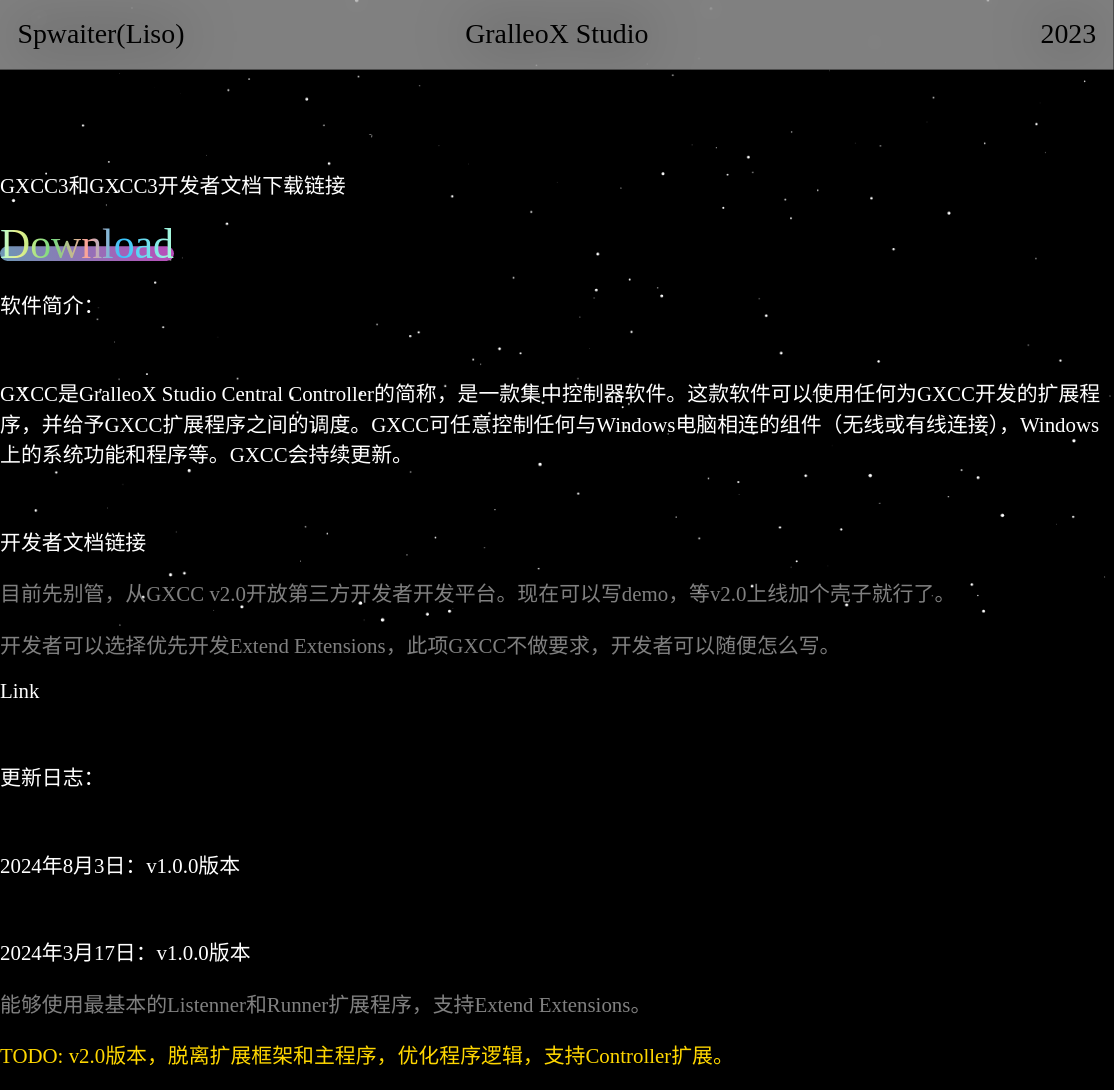
Repository: Lisu-Liso/page
Page: GXCC/index.html
The author's editor kept a copy of each file at every save. The page is drawn from the files as they stood at one save, then again after the next save.
The browser window is 1280 px wide. The pictures show the whole page, at 87% of full size.

Above is the page before, as saved 2024-08-04 08:50:10.

### GXCC/index.html
<!DOCTYPE html>
<html lang="zh">
    <head>
        <meta http-equiv="Content-Type" content="text/html;charset=utf-8">
        <title>GXCC - GralleoX Studio</title>
        <link rel="stylesheet" type="text/css" href="./header.css">
        <link rel="stylesheet" type="text/css" href="./orientation.css">
        <link rel="shortcut icon" href="./GralleoX logo v2 web.ico">
        <style>
            body{
                overflow        : scroll;
                background-color: black;
                top             : 0;
                bottom          : 0;
                left            : 0;
                right           : 0;
                margin-top      : 100px;
                margin-bottom   : 0;
                margin-left     : 0;
                margin-right    : 0;
                user-select     : none;
            }
            ::-webkit-scrollbar{display: none;}
            .getin_screen{
                position        : fixed;
                top             : 0;
                bottom          : 0;
                left            : 0;
                right           : 0;
                background-color: rgba(0,0,0,0);
                color           : rgba(0,0,0,0);
                animation       : getinanimation 4s ease-in-out;
                text-align      : center;
                display         : table-cell;
            }
            @keyframes getinanimation{
                0% {
                    background-color       : rgba(255,255,255,1);
                    color                  : black;
                    backdrop-filter        : blur(15px);
                    -webkit-backdrop-filter: blur(15px);
                }
                40% {
                    background-color       : rgba(255,255,255,0.5);
                    color                  : black;
                    backdrop-filter        : blur(15px);
                    -webkit-backdrop-filter: blur(15px);
                }
                70% {
                    background-color       : rgba(255,255,255,0.5);
                    color                  : black;
                    backdrop-filter        : blur(15px);
                    -webkit-backdrop-filter: blur(15px);
                }
                100% {
                    background-color       : rgba(0,0,0,0);
                    color                  : rgba(0,0,0,0);
                    backdrop-filter        : blur(0px);
                    -webkit-backdrop-filter: blur(0px);
                }
            }
            .download_block{
                position               : fixed;
                top                    : 100px;
                left                   : 100px;
                right                  : 100px;
                bottom                 : 100px;
                margin-top             : 10px;
                margin-left            : 10px;
                margin-right           : 10px;
                margin-bottom          : 10px;
                background-color       : rgba(255,255,255,0.5);
                backdrop-filter        : blur(15px);
                -webkit-backdrop-filter: blur(15px);
                border-radius          : 100px;
                box-shadow             : 0 20px 50px rgba(0,0,0,0.2);
            }
            @keyframes blockout{
                0% {
                    background-color       : rgba(255,255,255,0);
                    backdrop-filter        : blur(0px);
                    -webkit-backdrop-filter: blur(0px);
                    box-shadow             : 0 20px 50px rgba(0,0,0,0);
                    opacity                : 0;
                }
                100% {
                    background-color       : rgba(255,255,255,0.5);
                    backdrop-filter        : blur(15px);
                    -webkit-backdrop-filter: blur(15px);
                    box-shadow             : 0 20px 50px rgba(0,0,0,0.2);
                    opacity                : 1;
                }
            }
            @keyframes blockquite{
                0% {
                    background-color       : rgba(255,255,255,0.5);
                    backdrop-filter        : blur(15px);
                    -webkit-backdrop-filter: blur(15px);
                    box-shadow             : 0 20px 50px rgba(0,0,0,0.2);
                    opacity                : 1;
                }
                100% {
                    background-color       : rgba(255,255,255,0);
                    backdrop-filter        : blur(0px);
                    -webkit-backdrop-filter: blur(0px);
                    box-shadow             : 0 20px 50px rgba(0,0,0,0);
                    opacity                : 0;
                }
            }
            .header-float{
                position: fixed;
                top     : 0;
                left    : 0;
                right   : 0;
                width   : 100%;
            }
            .black_board{
                position               : fixed;
                top                    : 80px;
                left                   : 0;
                right                  : 0;
                bottom                 : 0;
                margin-top             : 0;
                margin-left            : 0;
                margin-right           : 0;
                margin-bottom          : 0;
                backdrop-filter        : blur(15px);
                -webkit-backdrop-filter: blur(15px);
                background-color       : rgba(0,0,0,0.3);
            }
            @keyframes boardout{
                0% {
                    backdrop-filter        : blur(0px);
                    -webkit-backdrop-filter: blur(0px);
                    background-color       : rgba(0,0,0,0);
                }
                100% {
                    backdrop-filter        : blur(15px);
                    -webkit-backdrop-filter: blur(15px);
                    background-color       : rgba(0,0,0,0.3);
                }
            }
            @keyframes boardquite{
                0% {
                    backdrop-filter        : blur(15px);
                    -webkit-backdrop-filter: blur(15px);
                    background-color       : rgba(0,0,0,0.3);
                }
                100% {
                    backdrop-filter        : blur(0px);
                    -webkit-backdrop-filter: blur(0px);
                    background-color       : rgba(0,0,0,0);
                }
            }
            .newbutton{
                background   : linear-gradient(75deg,rgba(145, 202, 240, 0.75),rgba(248, 102, 248, 0.75));
                border-radius: 20px;
                text-align   : center;
                cursor       : pointer;
            }
            :root {
                --rainbow-gradient: linear-gradient(-90deg,#adfbda 0,#35c3ff 30%,#fda399 50%,#76d880 70%,#ebf38b 90%,#adfbda 100%);
            }
            .article-header--title {
                background-image       : var(--rainbow-gradient,#fff);
                background-size        : 100%;
                background-repeat      : repeat;
                background-clip        : text;
                -webkit-background-clip: text;
                -webkit-text-fill-color: transparent;
                -moz-background-clip   : text;
                -moz-text-fill-color   : transparent;
                filter                 : drop-shadow(0 0 2rpx #000);
                text-shadow            : none!important;
                cursor                 : pointer;
            }
            a{
                text-decoration: none;
            }
            font{
                cursor : default;
            }
            .backgroundimage{
                position: fixed;
                top     : 0;
                left    : 0;
                right   : 0;
                width   : 100%;
                height  : 100%;
                z-index: -1;
            }
            .normaltext{
                font-size: 18pt;
                color:white;
            }
        </style>
    </head>
    <body>
        <canvas id="bgCanvas" class="backgroundimage"></canvas>
        <script>
            // 获取画布
            var canvas = document.getElementById('bgCanvas');
            var ctx = canvas.getContext('2d');

            // 设置画布尺寸与窗口大小一致
            canvas.width = window.innerWidth;
            canvas.height = window.innerHeight;

            // 创建一个数组用于存储星星的信息
            var stars = [];

            // 创建星星对象
            function Star(x, y, radius, color, speed) {
                this.x = x;
                this.y = y;
                this.radius = radius;
                this.color = color;
                this.speed = speed;
            }

            // 初始化星星
            function init() {
                for (var i = 0; i < 200; i++) {
                    var x = Math.random() * canvas.width;
                    var y = Math.random() * canvas.height;
                    var radius = Math.random() * 2;
                    var color = 'white';
                    var speed = Math.random() * 0.5;

                    stars.push(new Star(x, y, radius, color, speed));
                }
            }

            // 绘制星星
            function drawStars() {
                ctx.clearRect(0, 0, canvas.width, canvas.height);

                for (var i = 0; i < stars.length; i++) {
                    var star = stars[i];

                    ctx.beginPath();
                    ctx.arc(star.x, star.y, star.radius, 0, Math.PI * 2);
                    ctx.fillStyle = star.color;
                    ctx.fill();
                }
            }

            // 更新星星位置
            function updateStars() {
                for (var i = 0; i < stars.length; i++) {
                    var star = stars[i];

                    star.x += star.speed;

                    if (star.x > canvas.width) {
                        star.x = 0;
                    }
                }
            }

            // 动画循环
            function animate() {
                requestAnimationFrame(animate);

                drawStars();
                updateStars();
            }

            // 初始化并启动动画
            init();
            animate();
        </script>
        <div style="text-align:center;top:0;left:0;right:0;"><font size="7">这里是GXCC中文官网！</font></div>
        <p class="normaltext">GXCC3和GXCC3开发者文档下载链接</p>
        <a class="newbutton" onclick="join_us()"><font class="article-header--title" size="7">Download</font></a>
        <div class="black_board" id="bb"></div>
        <div class="download_block" id="download_block">
            <div style="text-align: center">
                <a class="newbutton" onclick="close_download_block()"><font class="article-header--title" size="7">点击关闭此框</font></a>
            </div>
            <div style="margin-left: 1cm;">
                <font size="7" color="black">这里是下载链接（最新版本）</font>
                <br>
                <font size="7" color="grey">历史版本</font>
                <font size="7" color="red">暂时</font>
                <font size="7" color="grey">不支持下载</font>
                <br>
                <font class="normaltext" color="red">如果杀毒软件报告有病毒请忽略，此软件已经经过Microsoft Defender检测，360纯属误报。</font>
                <br>
                <a class="normaltext" href="https://github.com/Lisu-Liso/GXCC/releases/tag/GXCC3">Link</a>
            </div>
        </div>
        <br>
        <p class="normaltext">软件简介：</p>
        <br>
        <p class="normaltext">GXCC是GralleoX Studio Central Controller的简称，是一款集中控制器软件。这款软件可以使用任何为GXCC开发的扩展程序，并给予GXCC扩展程序之间的调度。GXCC可任意控制任何与Windows电脑相连的组件（无线或有线连接），Windows上的系统功能和程序等。GXCC会持续更新。</p>
        <br>
        <p class="normaltext">开发者文档链接</p>
        <p class="normaltext" style="color: gray;">目前先别管，从GXCC v2.0开放第三方开发者开发平台。现在可以写demo，等v2.0上线加个壳子就行了。</p>
        <p class="normaltext" style="color: gray;">开发者可以选择优先开发Extend Extensions，此项GXCC不做要求，开发者可以随便怎么写。</p>
        <a href="./GXCC_devloper_document.html" target="_blank"><p class="normaltext">Link</p></a>
        <br>
        <p class="normaltext">更新日志：</p>
        <br>
        <p class="normaltext">2024年8月3日：v1.0.0版本</p>
        <br>
        <p class="normaltext">2024年3月17日：v1.0.0版本</p>
        <p class="normaltext" style="color: grey;">能够使用最基本的Listenner和Runner扩展程序，支持Extend Extensions。</p>
        <p class="normaltext" style="color: gold;">TODO: v2.0版本，脱离扩展框架和主程序，优化程序逻辑，支持Controller扩展。</p>
        <div class="headerblock">
            <div class="centertext"><font size="6">GralleoX Studio</font></div>
            <div class="lefttext"><font size="6">Spwaiter(Liso)</font></div>
            <div class="righttext"><font size="6">2023</font></div>
        </div>
        <div class="getin_screen" id="getin">
            <font size="7" id="getintext">网站正在加载，请稍后...</font>
        </div>
    </body>
    <script type="text/javascript">
        let t = document.getElementById("download_block");
        t.style.display = "none";

        t = document.getElementById("bb");
        t.style.display = "none";
    </script>
    <script type="text/javascript">
        setTimeout(function(){
            let t = document.getElementById("getintext");
            t.innerHTML = "网站加载完毕，即将进入网站。";
            setTimeout(function(){
                let t = document.getElementById("getin");
                t.style.display = "none";
            },2000);
        },2000);
        function join_us(){
            let t = document.getElementById("download_block");
            t.style.display = "block";
            t.style.animation = "blockout 0.5s ease-in-out";

            t = document.getElementById("bb");
            t.style.display = "block";
            t.style.animation = "boardout 0.5s ease-in-out";
        }
        function close_download_block(){
            let t = document.getElementById("download_block");
            t.style.animation = "blockquite 0.5s ease-in-out";

            t = document.getElementById("bb");
            t.style.animation = "boardquite 0.5s ease-in-out";
            setTimeout(function(){
                let t = document.getElementById("download_block");
                t.style.display = "none";

                t = document.getElementById("bb");
                t.style.display = "none";
            },500);
        }
    </script>
</html>

### GXCC/header.css
.headerblock{
    position               : fixed;
    top                    : 0px;
    left                   : 0px;
    right                  : 0px;
    margin-top             : 0px;
    margin-left            : 0px;
    margin-right           : 0px;
    width                  : 100%;
    height                 : 80px;
    background-color       : rgba(255,255,255,0.5);
    backdrop-filter        : blur(10px);
    -webkit-backdrop-filter: blur(10px);
    box-shadow             : 0 20px 50px rgba(0,0,0,0.2);
    align-items            : center;
}
.centertext{
    position    : fixed;
    top         : 0;
    left        : 0;
    right       : 0;
    margin-top  : 20px;
    margin-left : 20px;
    margin-right: 20px;
    text-align  : center;
    filter      : drop-shadow(0 0 2rem #000);
    text-shadow : none!important;
    color       : black;
}
.lefttext{
    position    : fixed;
    top         : 0;
    left        : 0;
    right       : 0;
    margin-top  : 20px;
    margin-left : 20px;
    margin-right: 20px;
    text-align  : left;
    filter      : drop-shadow(0 0 2rem #000);
    text-shadow : none!important;
    color       : black;
}
.righttext{
    position    : fixed;
    top         : 0;
    left        : 0;
    right       : 0;
    margin-top  : 20px;
    margin-left : 20px;
    margin-right: 20px;
    text-align  : right;
    filter      : drop-shadow(0 0 2rem #000);
    text-shadow : none!important;
    color       : black;
}

### orientation.css
i{
    border: solid black;
    border-width: 0 3px 3px 0;
    display: inline-block;
    padding: 3px;
}
.right{
    transform: rotate(-45deg);
    -webkit-transform: rotate(-45deg);
}

.left{
    transform: rotate(135deg);
    -webkit-transform: rotate(135deg);
}

.up{
    transform: rotate(-135deg);
    -webkit-transform: rotate(-135deg);
}

.down{
    transform: rotate(45deg);
    -webkit-transform: rotate(45deg);
}

After the next save:
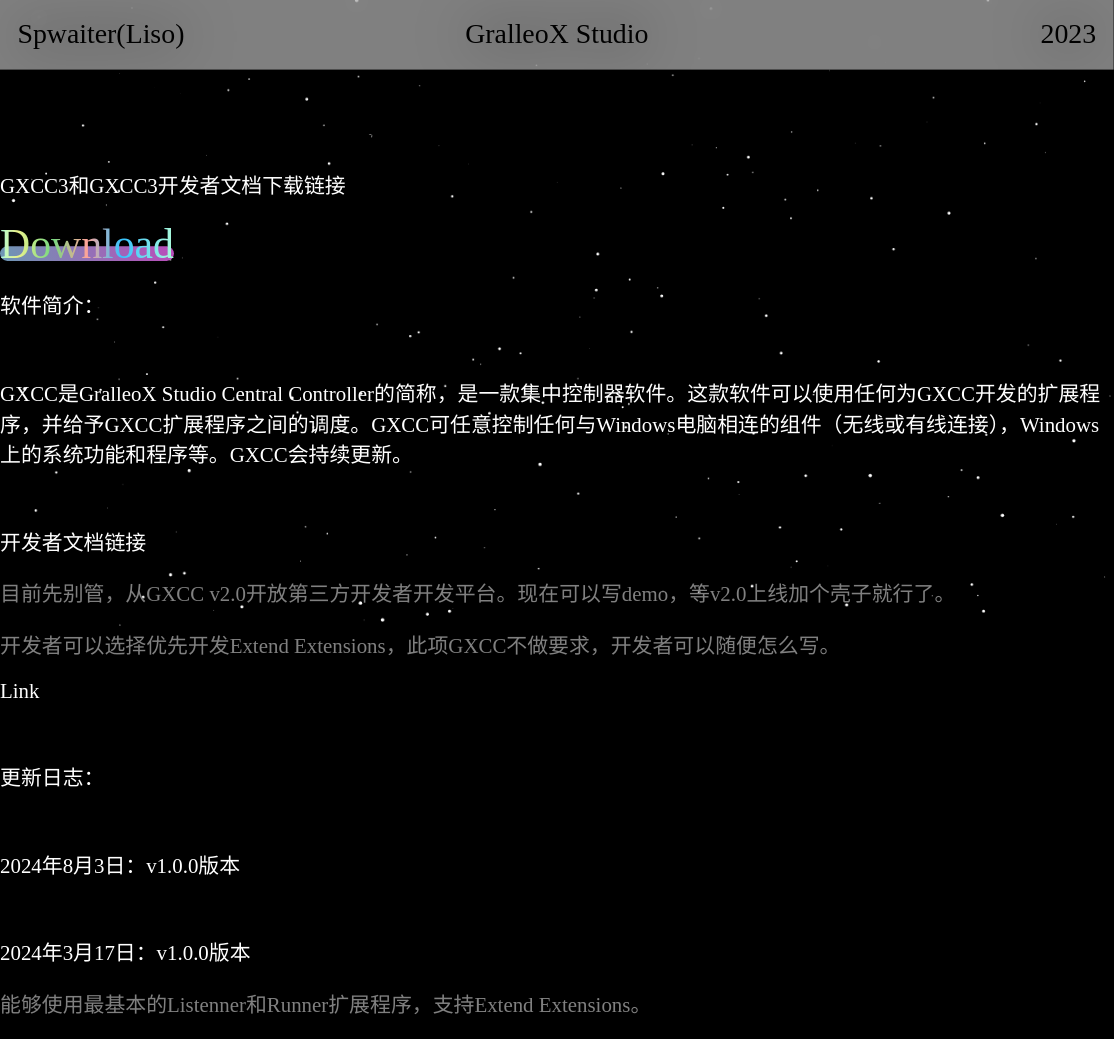
Saved 19 s later.
--- a/GXCC/index.html
+++ b/GXCC/index.html
@@ -306,7 +306,6 @@
         <br>
         <p class="normaltext">2024年3月17日：v1.0.0版本</p>
         <p class="normaltext" style="color: grey;">能够使用最基本的Listenner和Runner扩展程序，支持Extend Extensions。</p>
-        <p class="normaltext" style="color: gold;">TODO: v2.0版本，脱离扩展框架和主程序，优化程序逻辑，支持Controller扩展。</p>
         <div class="headerblock">
             <div class="centertext"><font size="6">GralleoX Studio</font></div>
             <div class="lefttext"><font size="6">Spwaiter(Liso)</font></div>
